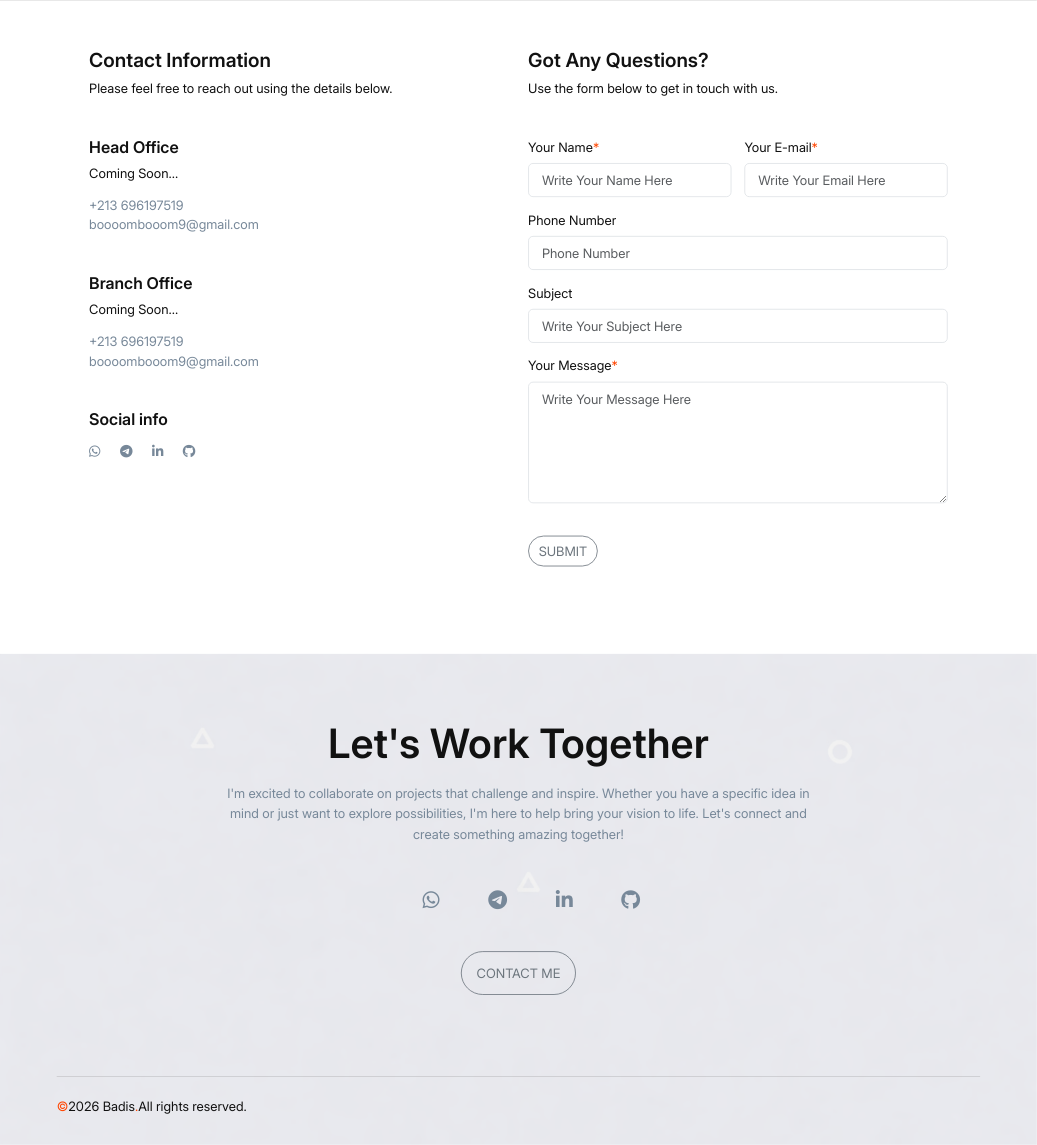
Repository: Badi-77/Portfolio
Page: Contact.html
An editor plug-in stored every save of this project. The page is shown before and after the next save, followed by the edit.
The browser window is 1280 px wide. The pictures show the part of the page from y = 504 to 1917 px (the page is 1917 px tall), at 81% of full size.

Above is the page before, as saved 2026-02-17 23:30:01.

After the next save:
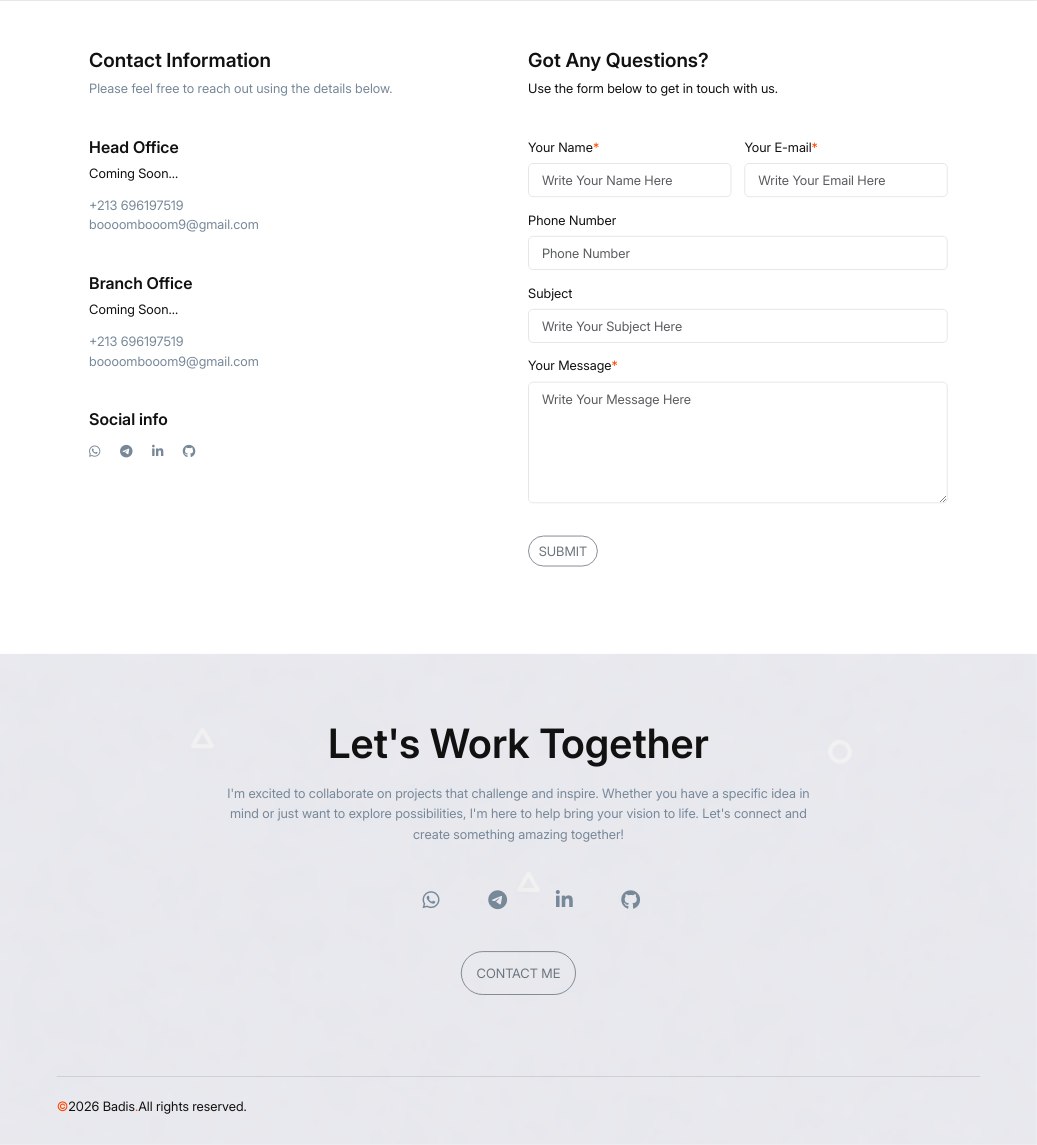
Saved 4 s later.
--- a/Contact.html
+++ b/Contact.html
@@ -131,7 +131,7 @@
         </div>
         <div class="contact-info col-lg-6 mb-5">
           <h4 class="fw-bold">Contact Information</h4>
-          <p style="color: var(--text-);">Please feel free to reach out using the details below.</p>
+          <p style="color: var(--text-muted);">Please feel free to reach out using the details below.</p>
           <div class="page-content">
             <div class="col-md-6">
               <div class="content-box my-5">
